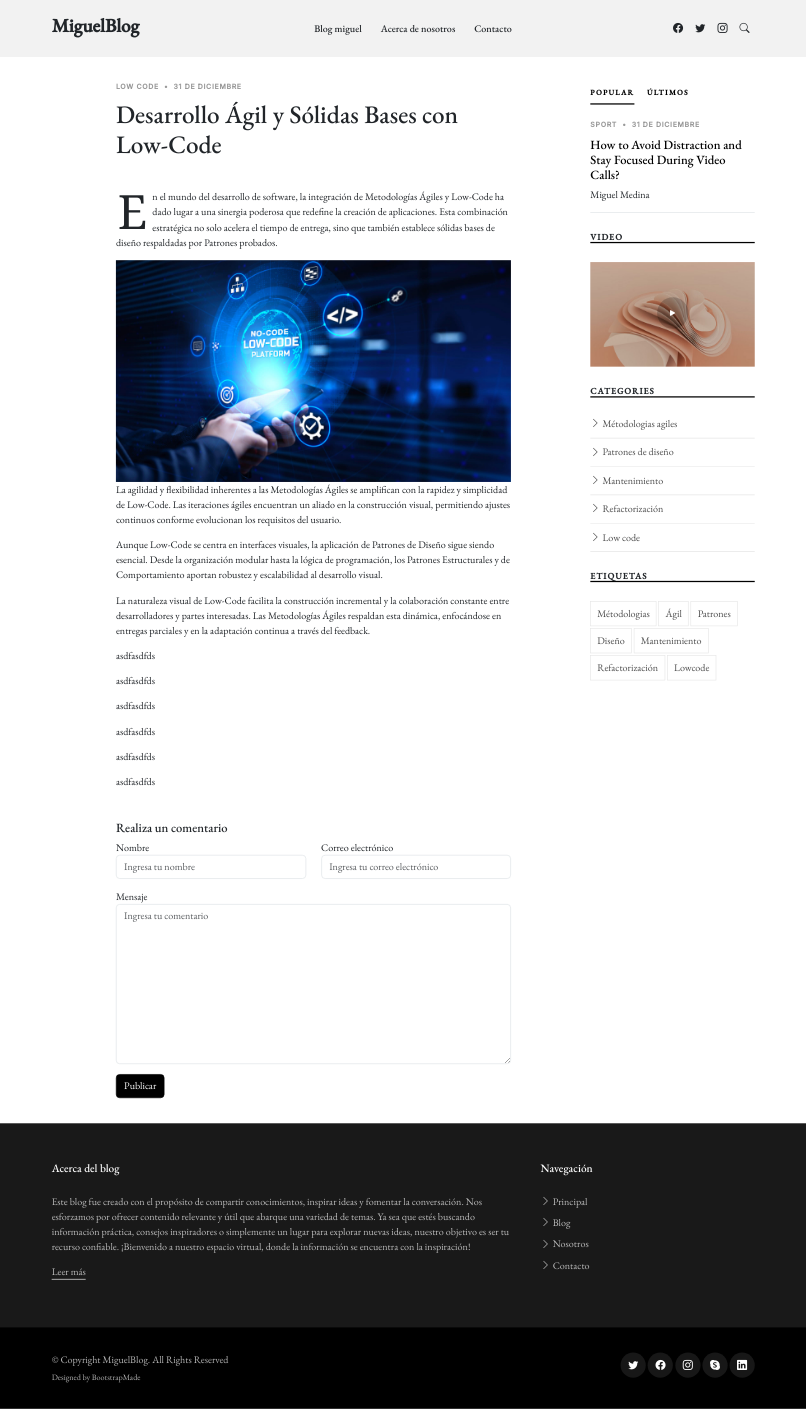
Repository: MiguelDev5/blog-miguel
Page: post-lc.html
These files come from the project's save history. The page is drawn as it stood at one moment and after the next save; the edit follows.
The browser window is 1280 px wide. The pictures show the whole page, at 63% of full size.
Some web fonts or font styles are not loaded; a fallback is used.

Above is the page before, as saved 2024-01-01 21:06:44.

### post-lc.html
<!DOCTYPE html>
<html lang="en">

<head>
  <meta charset="utf-8">
  <meta content="width=device-width, initial-scale=1.0" name="viewport">

  <title>MiguelBlog Bootstrap Template - Single Post</title>
  <meta content="" name="description">
  <meta content="" name="keywords">

  <!-- Favicons -->
  <link href="assets/img/favicon.png" rel="icon">
  <link href="assets/img/apple-touch-icon.png" rel="apple-touch-icon">

  <!-- Google Fonts -->
  <link rel="preconnect" href="https://fonts.googleapis.com">
  <link rel="preconnect" href="https://fonts.gstatic.com" crossorigin>
  <link href="https://fonts.googleapis.com/css2?family=EB+Garamond:wght@400;500&family=Inter:wght@400;500&family=Playfair+Display:ital,wght@0,400;0,700;1,400;1,700&display=swap" rel="stylesheet">

  <!-- Vendor CSS Files -->
  <link href="assets/vendor/bootstrap/css/bootstrap.min.css" rel="stylesheet">
  <link href="assets/vendor/bootstrap-icons/bootstrap-icons.css" rel="stylesheet">
  <link href="assets/vendor/swiper/swiper-bundle.min.css" rel="stylesheet">
  <link href="assets/vendor/glightbox/css/glightbox.min.css" rel="stylesheet">
  <link href="assets/vendor/aos/aos.css" rel="stylesheet">

  <!-- Template Main CSS Files -->
  <link href="assets/css/variables.css" rel="stylesheet">
  <link href="assets/css/main.css" rel="stylesheet">

  <!-- =======================================================
  * Template Name: MiguelBlog
  * Updated: Sep 18 2023 with Bootstrap v5.3.2
  * Template URL: https://bootstrapmade.com/miguelBlog-bootstrap-blog-template/
  * Author: BootstrapMade.com
  * License: https:///bootstrapmade.com/license/
  ======================================================== -->
</head>

<body>

  <!-- ======= Header ======= -->
  <header id="header" class="header d-flex align-items-center fixed-top">
    <div class="container-fluid container-xl d-flex align-items-center justify-content-between">

      <a href="index.html" class="logo d-flex align-items-center">
        <!-- Uncomment the line below if you also wish to use an image logo -->
        <!-- <img src="assets/img/logo.png" alt=""> -->
        <h1>MiguelBlog</h1>
      </a>

      <nav id="navbar" class="navbar">
        <ul>
          <li><a href="index.html">Blog miguel</a></li>
          <li><a href="about.html">Acerca de nosotros</a></li>
          <li><a href="contact.html">Contacto</a></li>
        </ul>
      </nav><!-- .navbar -->

      <div class="position-relative">
        <a href="#" class="mx-2"><span class="bi-facebook"></span></a>
        <a href="#" class="mx-2"><span class="bi-twitter"></span></a>
        <a href="#" class="mx-2"><span class="bi-instagram"></span></a>

        <a href="#" class="mx-2 js-search-open"><span class="bi-search"></span></a>
        <i class="bi bi-list mobile-nav-toggle"></i>

        <!-- ======= Search Form ======= -->
        <div class="search-form-wrap js-search-form-wrap">
          <form action="search-result.html" class="search-form">
            <span class="icon bi-search"></span>
            <input type="text" placeholder="Search" class="form-control">
            <button class="btn js-search-close"><span class="bi-x"></span></button>
          </form>
        </div><!-- End Search Form -->

      </div>

    </div>

  </header><!-- End Header -->

  <main id="main">

    <section class="single-post-content">
      <div class="container">
        <div class="row">
          <div class="col-md-9 post-content" data-aos="fade-up">

            <!-- ======= Single Post Content ======= -->
            <div class="single-post">
              <div class="post-meta"><span class="date">Low Code</span> <span class="mx-1">&bullet;</span> <span>31 de Diciembre</span></div>
              <h1 class="mb-5">Desarrollo Ágil y Sólidas Bases con Low-Code</h1>
              <p><span class="firstcharacter">E</span>n el mundo del desarrollo de software, la integración de Metodologías Ágiles y Low-Code ha dado lugar a una sinergia poderosa que redefine la creación de aplicaciones. Esta combinación estratégica no solo acelera el tiempo de entrega, sino que también establece sólidas bases de diseño respaldadas por Patrones probados.</p>
              <div class="col-md-9"></div>
                  <img src="assets/img/lc001.jpg" alt="" class="img-fluid" style="width: 200;">
              </div>

              <p>La agilidad y flexibilidad inherentes a las Metodologías Ágiles se amplifican con la rapidez y simplicidad de Low-Code. Las iteraciones ágiles encuentran un aliado en la construcción visual, permitiendo ajustes continuos conforme evolucionan los requisitos del usuario.</p>
              <p>Aunque Low-Code se centra en interfaces visuales, la aplicación de Patrones de Diseño sigue siendo esencial. Desde la organización modular hasta la lógica de programación, los Patrones Estructurales y de Comportamiento aportan robustez y escalabilidad al desarrollo visual.</p>
              <p>La naturaleza visual de Low-Code facilita la construcción incremental y la colaboración constante entre desarrolladores y partes interesadas. Las Metodologías Ágiles respaldan esta dinámica, enfocándose en entregas parciales y en la adaptación continua a través del feedback.</p>
              <p>asdfasdfds</p>
              <p>asdfasdfds</p>
              <p>asdfasdfds</p>
              <p>asdfasdfds</p>
              <p>asdfasdfds</p>
              <p>asdfasdfds</p>

            <!-- ======= Comments Form ======= -->
            <div class="row justify-content-center mt-5">

              <div class="col-lg-12">
                <h5 class="comment-title">Realiza un comentario</h5>
                <div class="row">
                  <div class="col-lg-6 mb-3">
                    <label for="comment-name">Nombre</label>
                    <input type="text" class="form-control" id="comment-name" placeholder="Ingresa tu nombre">
                  </div>
                  <div class="col-lg-6 mb-3">
                    <label for="comment-email">Correo electrónico</label>
                    <input type="text" class="form-control" id="comment-email" placeholder="Ingresa tu correo electrónico">
                  </div>
                  <div class="col-12 mb-3">
                    <label for="comment-message">Mensaje</label>

                    <textarea class="form-control" id="comment-message" placeholder="Ingresa tu comentario" cols="30" rows="10"></textarea>
                  </div>
                  <div class="col-12">
                    <input type="submit" class="btn btn-primary" value="Publicar">
                  </div>
                </div>
              </div>
            </div><!-- End Comments Form -->

          </div>
          <div class="col-md-3">
            <!-- ======= Sidebar ======= -->
            <div class="aside-block">

              <ul class="nav nav-pills custom-tab-nav mb-4" id="pills-tab" role="tablist">
                <li class="nav-item" role="presentation">
                  <button class="nav-link active" id="pills-popular-tab" data-bs-toggle="pill" data-bs-target="#pills-popular" type="button" role="tab" aria-controls="pills-popular" aria-selected="true">Popular</button>
                </li>
                <li class="nav-item" role="presentation">
                  <button class="nav-link" id="pills-latest-tab" data-bs-toggle="pill" data-bs-target="#pills-latest" type="button" role="tab" aria-controls="pills-latest" aria-selected="false">Últimos</button>
                </li>
              </ul>

              <div class="tab-content" id="pills-tabContent">

                <!-- Popular -->
                <div class="tab-pane fade show active" id="pills-popular" role="tabpanel" aria-labelledby="pills-popular-tab">
                  <div class="post-entry-1 border-bottom">
                    <div class="post-meta"><span class="date">Sport</span> <span class="mx-1">&bullet;</span> <span>31 de Diciembre</span></div>
                    <h2 class="mb-2"><a href="#">How to Avoid Distraction and Stay Focused During Video Calls?</a></h2>
                    <span class="author mb-3 d-block">Miguel Medina</span>
                  </div>


                </div> <!-- End Popular -->



                <!-- Latest -->
                <div class="tab-pane fade" id="pills-latest" role="tabpanel" aria-labelledby="pills-latest-tab">
                  <div class="post-entry-1 border-bottom">
                    <div class="post-meta"><span class="date">Lifestyle</span> <span class="mx-1">&bullet;</span> <span>31 de Diciembre</span></div>
                    <h2 class="mb-2"><a href="#">Life Insurance And Pregnancy: A Working Mom’s Guide</a></h2>
                    <span class="author mb-3 d-block">Miguel Medina</span>
                  </div>



                </div> <!-- End Latest -->

              </div>
            </div>

            <div class="aside-block">
              <h3 class="aside-title">Video</h3>
              <div class="video-post">
                <a href="https://www.youtube.com/watch?v=AiFfDjmd0jU" class="glightbox link-video">
                  <span class="bi-play-fill"></span>
                  <img src="assets/img/post-landscape-5.jpg" alt="" class="img-fluid">
                </a>
              </div>
            </div><!-- End Video -->

            <div class="aside-block">
              <h3 class="aside-title">Categories</h3>
              <ul class="aside-links list-unstyled">
                <li><a href="category.html"><i class="bi bi-chevron-right"></i> Métodologias agiles</a></li>
                <li><a href="category.html"><i class="bi bi-chevron-right"></i> Patrones de diseño</a></li>
                <li><a href="category.html"><i class="bi bi-chevron-right"></i> Mantenimiento</a></li>
                <li><a href="category.html"><i class="bi bi-chevron-right"></i> Refactorización</a></li>
                <li><a href="category.html"><i class="bi bi-chevron-right"></i> Low code</a></li>
              </ul>
            </div><!-- End Categories -->

            <div class="aside-block">
              <h3 class="aside-title">Etiquetas</h3>
              <ul class="aside-tags list-unstyled">
                <li><a href="category.html">Métodologias</a></li>
                <li><a href="category.html">Ágil</a></li>
                <li><a href="category.html">Patrones</a></li>
                <li><a href="category.html">Diseño</a></li>
                <li><a href="category.html">Mantenimiento</a></li>
                <li><a href="category.html">Refactorización</a></li>
                <li><a href="category.html">Lowcode</a></li>
              </ul>
            </div><!-- End Tags -->

          </div>
        </div>
      </div>
    </section>
  </main><!-- End #main -->

  <!-- ======= Footer ======= -->
  <footer id="footer" class="footer">
    <div class="footer-content">
      <div class="container">
        <div class="row g-5">
          <div class="col-lg-8">
            <h3 class="footer-heading">Acerca del blog</h3>
            <p>Este blog fue creado con el propósito de compartir conocimientos, inspirar ideas y fomentar la conversación. Nos esforzamos por ofrecer contenido relevante y útil que abarque una variedad de temas. Ya sea que estés buscando información práctica, consejos inspiradores o simplemente un lugar para explorar nuevas ideas, nuestro objetivo es ser tu recurso confiable. ¡Bienvenido a nuestro espacio virtual, donde la información se encuentra con la inspiración!</p>
            <p><a href="about.html" class="footer-link-more">Leer más</a></p>
          </div>
          <div class="col-6 col-lg-2">
            <h3 class="footer-heading">Navegación</h3>
            <ul class="footer-links list-unstyled">
              <li><a href="index.html"><i class="bi bi-chevron-right"></i> Principal</a></li>
              <li><a href="index.html"><i class="bi bi-chevron-right"></i> Blog</a></li>
              <li><a href="about.html"><i class="bi bi-chevron-right"></i> Nosotros</a></li>
              <li><a href="contact.html"><i class="bi bi-chevron-right"></i> Contacto</a></li>
            </ul>
          </div>
        </div>
      </div>
    </div>

    <div class="footer-legal">
      <div class="container">

        <div class="row justify-content-between">
          <div class="col-md-6 text-center text-md-start mb-3 mb-md-0">
            <div class="copyright">
              © Copyright <strong><span>MiguelBlog</span></strong>. All Rights Reserved
            </div>

            <div class="credits">
              Designed by BootstrapMade
            </div>

          </div>

          <div class="col-md-6">
            <div class="social-links mb-3 mb-lg-0 text-center text-md-end">
              <a href="#" class="twitter"><i class="bi bi-twitter"></i></a>
              <a href="#" class="facebook"><i class="bi bi-facebook"></i></a>
              <a href="#" class="instagram"><i class="bi bi-instagram"></i></a>
              <a href="#" class="google-plus"><i class="bi bi-skype"></i></a>
              <a href="#" class="linkedin"><i class="bi bi-linkedin"></i></a>
            </div>

          </div>

        </div>

      </div>
    </div>
  </footer>

  <a href="#" class="scroll-top d-flex align-items-center justify-content-center"><i class="bi bi-arrow-up-short"></i></a>

  <!-- Vendor JS Files -->
  <script src="assets/vendor/bootstrap/js/bootstrap.bundle.min.js"></script>
  <script src="assets/vendor/swiper/swiper-bundle.min.js"></script>
  <script src="assets/vendor/glightbox/js/glightbox.min.js"></script>
  <script src="assets/vendor/aos/aos.js"></script>
  <script src="assets/vendor/php-email-form/validate.js"></script>

  <!-- Template Main JS File -->
  <script src="assets/js/main.js"></script>

</body>

</html>

### assets/css/variables.css
/**
* Template Name: ZenBlog
* File: variables.css
* Description: Easily customize colors, typography, and other repetitive properties used in the template main stylesheet file main.css
*
* Template URL: https://bootstrapmade.com/zenblog-bootstrap-blog-template/
* Author: BootstrapMade.com
* License: https://bootstrapmade.com/license/
*
* Contents:
* 1. ZenBlog template variables
* 2. Override default Bootstrap variables
* 3. Set color and background class names
*
* Learn more about CSS variables at https://developer.mozilla.org/en-US/docs/Web/CSS/Using_CSS_custom_properties
*/

/*--------------------------------------------------------------
# 1. ZenBlog template variables
--------------------------------------------------------------*/
:root {

  /* Fonts */
  --font-default: 'EB Garamond', system-ui, -apple-system, "Segoe UI", Roboto, "Helvetica Neue", Arial, "Noto Sans", "Liberation Sans", sans-serif, "Apple Color Emoji", "Segoe UI Emoji", "Segoe UI Symbol", "Noto Color Emoji";
  --font-primary: 'EB Garamond', serif; /*'Playfair Display', serif;*/
  --font-secondary: 'Inter', sans-serif;

  /* Colors */
  /* The *-rgb color names are simply the RGB converted value of the corresponding color for use in the rgba() function */

  /* Default text color */
  --color-default: #212529;
  --color-default-rgb: 33, 37, 41;

  /* Defult links color */
  --color-links: #212529;
  --color-links-hover: #15171a;

  /* Primay colors */
  --color-primary: #212529;
  --color-primary-light: #26282c;
  --color-primary-dark: #0b0c0e;

  --color-primary-rgb: 33, 37, 41;
  --color-primary-light-rgb: 38, 40, 44;
  --color-primary-dark-rgb: 11, 12, 14;

  /* Secondary colors */
  --color-secondary: #596d80;
  --color-secondary-light: #8498aa;
  --color-secondary-dark: #404f5c;

  --color-secondary-rgb: 89, 109, 128;
  --color-secondary-light-rgb: 132, 152, 170;
  --color-secondary-dark-rgb: 64, 79, 92;

  /* General colors */
  --color-blue: #0d6efd;
  --color-blue-rgb: 13, 110, 253;

  --color-indigo: #6610f2;
  --color-indigo-rgb: 102, 16, 242;

  --color-purple: #6f42c1;
  --color-purple-rgb: 111, 66, 193;

  --color-pink: #f3268c;
  --color-pink-rgb: 243, 38, 140;

  --color-red: #df1529;
  --color-red-rgb: 223, 21, 4;

  --color-orange: #fd7e14;
  --color-orange-rgb: 253, 126, 20;

  --color-yellow: #ffc107;
  --color-yellow-rgb: 255, 193, 7;

  --color-green: #059652;
  --color-green-rgb: 5, 150, 82;

  --color-teal: #20c997;
  --color-teal-rgb: 32, 201, 151;

  --color-cyan: #0dcaf0;
  --color-cyan-rgb: 13, 202, 240;

  --color-white: #ffffff;
  --color-white-rgb: 255, 255, 255;

  --color-gray: #6c757d;
  --color-gray-rgb: 108, 117, 125;

  --color-black: #000000;
  --color-black-rgb: 0, 0, 0;
}

/*--------------------------------------------------------------
# 2. Override default Bootstrap variables
--------------------------------------------------------------*/
:root {
  --bs-blue: var(--color-blue);
  --bs-indigo: var(--color-indigo);
  --bs-purple: var(--color-purple);
  --bs-pink: var(--color-pink);
  --bs-red: var(--color-red);
  --bs-orange: var(--color-orange);
  --bs-yellow: var(--color-yellow);
  --bs-green: var(--color-green);
  --bs-teal: var(--color-teal);
  --bs-cyan: var(--color-cyan);
  --bs-white: var(--color-white);
  --bs-gray: var(--color-gray);
  --bs-gray-dark: #343a40;
  --bs-gray-100: #f8f9fa;
  --bs-gray-200: #e9ecef;
  --bs-gray-300: #dee2e6;
  --bs-gray-400: #ced4da;
  --bs-gray-500: #adb5bd;
  --bs-gray-600: #6c757d;
  --bs-gray-700: #495057;
  --bs-gray-800: #343a40;
  --bs-gray-900: #212529;
  --bs-primary: var(--color-blue);
  --bs-secondary: var(--color-blue);
  --bs-success: #198754;
  --bs-info: #0dcaf0;
  --bs-warning: #ffc107;
  --bs-danger: #dc3545;
  --bs-light: #f8f9fa;
  --bs-dark: #212529;
  --bs-primary-rgb: var(--color-primary-rgb);
  --bs-secondary-rgb: var(--color-secondary-rgb);
  --bs-success-rgb: 25, 135, 84;
  --bs-info-rgb: 13, 202, 240;
  --bs-warning-rgb: 255, 193, 7;
  --bs-danger-rgb: 220, 53, 69;
  --bs-light-rgb: 248, 249, 250;
  --bs-dark-rgb: 33, 37, 41;
  --bs-white-rgb: var(--color-white-rgb);
  --bs-black-rgb: var(--color-black-rgb);
  --bs-body-color-rgb: var(--color-default-rgb);
  --bs-body-bg-rgb: 255, 255, 255;
  --bs-font-sans-serif: var(--font-default);
  --bs-font-monospace: SFMono-Regular, Menlo, Monaco, Consolas, "Liberation Mono", "Courier New", monospace;
  --bs-gradient: linear-gradient(180deg, rgba(255, 255, 255, 0.15), rgba(255, 255, 255, 0));
  --bs-body-font-family: var(--font-default);
  --bs-body-font-size: 1rem;
  --bs-body-font-weight: 400;
  --bs-body-line-height: 1.5;
  --bs-body-color: var(--color-default);
  --bs-body-bg: #fff;
}

/*--------------------------------------------------------------
# 3. Set color and background class names
--------------------------------------------------------------*/
/* Fonts */
.font-default { font-family: var(--font-default) !important; }
.font-primary { font-family: var(--font-primary) !important;}
.font-secondary { font-family: var(--font-secondary) !important; }

/* Text Colors */
.color-default { color: var(--color-default) !important; }
.color-links { color: var(--color-links) !important; }
.color-links:hover { color: var(--color-links-hover) !important; }
.color-primary { color: var(--color-primary) !important; }
.color-primary-light { color: var(--color-primary-light) !important; }
.color-primary-dark { color: var(--color-primary-dark) !important; }
.color-secondary { color: var(--color-secondary) !important; }
.color-secondary-light { color: var(--color-secondary-light) !important; }
.color-secondary-dark { color: var(--color-secondary-dark) !important; }
.color-blue { color: var(--color-blue) !important; }
.color-indigo { color: var(--color-indigo) !important; }
.color-purple { color: var(--color-purple) !important; }
.color-pink { color: var(--color-pink) !important; }
.color-red { color: var(--color-red) !important; }
.color-orange { color: var(--color-orange) !important; }
.color-yellow { color: var(--color-yellow) !important; }
.color-green { color: var(--color-green) !important; }
.color-teal { color: var(--color-teal) !important; }
.color-cyan { color: var(--color-cyan) !important; }
.color-white { color: var(--color-white) !important; }
.color-gray { color: var(--color-gray) !important; }
.color-black { color: var(--color-black) !important; }

/* Background Colors */
.bg-default { background-color: var(--color-default) !important; }
.bg-primary { background-color: var(--color-primary) !important; }
.bg-primary-light { background-color: var(--color-primary-light) !important; }
.bg-primary-dark { background-color: var(--color-primary-dark) !important; }
.bg-secondary { background-color: var(--color-secondary) !important; }
.bg-secondary-light { background-color: var(--color-secondary-light) !important; }
.bg-secondary-dark { background-color: var(--color-secondary-dark) !important; }
.bg-blue { background-color: var(--color-blue) !important; }
.bg-indigo { background-color: var(--color-indigo) !important; }
.bg-purple { background-color: var(--color-purple) !important; }
.bg-pink { background-color: var(--color-pink) !important; }
.bg-red { background-color: var(--color-red) !important; }
.bg-orange { background-color: var(--color-orange) !important; }
.bg-yellow { background-color: var(--color-yellow) !important; }
.bg-green { background-color: var(--color-green) !important; }
.bg-teal { background-color: var(--color-teal) !important; }
.bg-cyan { background-color: var(--color-cyan) !important; }
.bg-white { background-color: var(--color-white) !important; }
.bg-gray { background-color: var(--color-gray) !important; }
.bg-black { background-color: var(--color-black) !important; }

Loaded but not shown: assets/vendor/bootstrap/css/bootstrap.min.css (library); assets/vendor/bootstrap-icons/bootstrap-icons.css (library); assets/vendor/swiper/swiper-bundle.min.css (library); assets/vendor/glightbox/css/glightbox.min.css (library); assets/vendor/aos/aos.css (library); assets/vendor/bootstrap/js/bootstrap.bundle.min.js (library); assets/vendor/swiper/swiper-bundle.min.js (library); assets/vendor/glightbox/js/glightbox.min.js (library); assets/vendor/aos/aos.js (library); assets/vendor/php-email-form/validate.js (common file); assets/js/main.js (154 lines, source omitted); assets/css/main.css (1300 lines, source omitted)

After the next save:
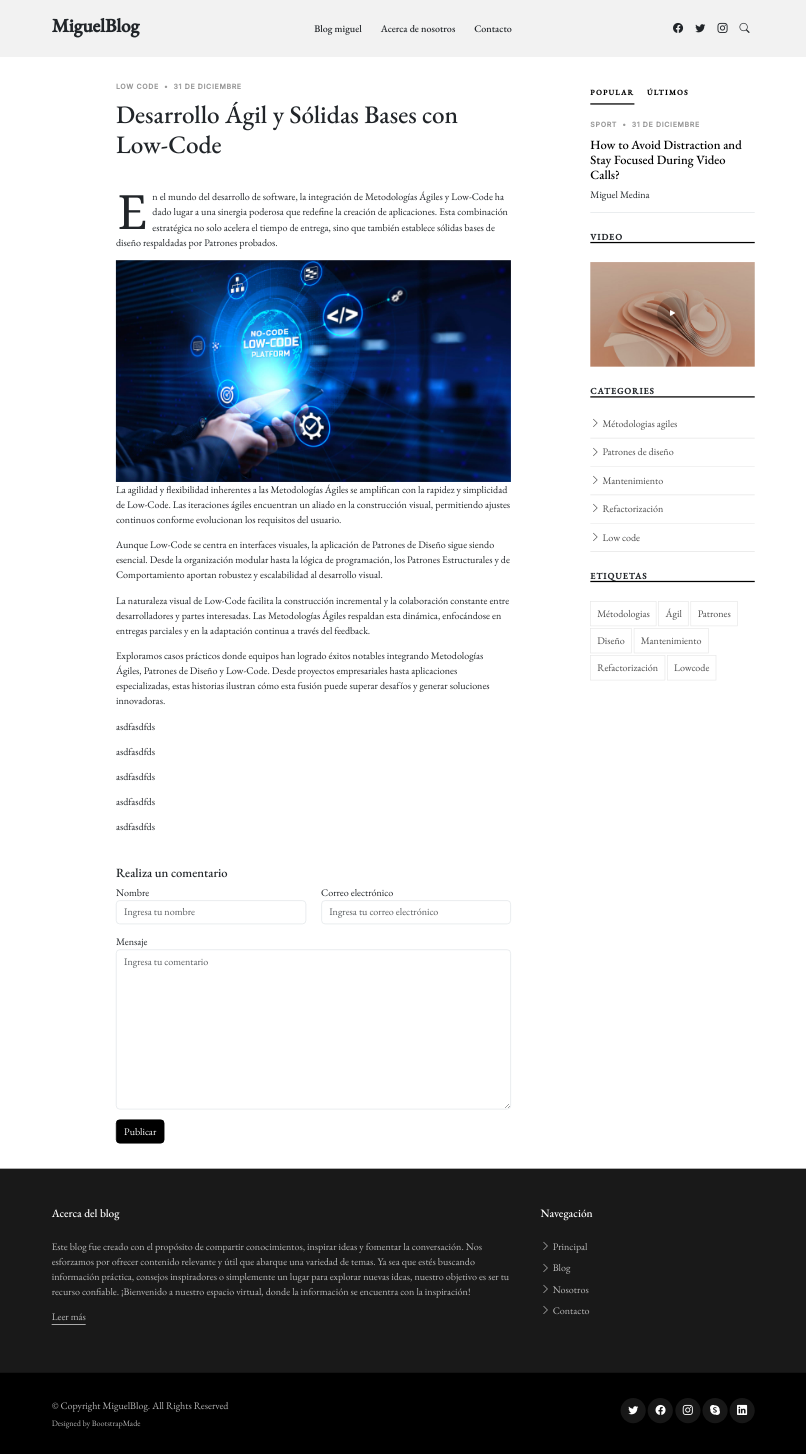
Saved 6 s later.
--- a/post-lc.html
+++ b/post-lc.html
@@ -100,7 +100,7 @@
               <p>La agilidad y flexibilidad inherentes a las Metodologías Ágiles se amplifican con la rapidez y simplicidad de Low-Code. Las iteraciones ágiles encuentran un aliado en la construcción visual, permitiendo ajustes continuos conforme evolucionan los requisitos del usuario.</p>
               <p>Aunque Low-Code se centra en interfaces visuales, la aplicación de Patrones de Diseño sigue siendo esencial. Desde la organización modular hasta la lógica de programación, los Patrones Estructurales y de Comportamiento aportan robustez y escalabilidad al desarrollo visual.</p>
               <p>La naturaleza visual de Low-Code facilita la construcción incremental y la colaboración constante entre desarrolladores y partes interesadas. Las Metodologías Ágiles respaldan esta dinámica, enfocándose en entregas parciales y en la adaptación continua a través del feedback.</p>
-              <p>asdfasdfds</p>
+              <p>Exploramos casos prácticos donde equipos han logrado éxitos notables integrando Metodologías Ágiles, Patrones de Diseño y Low-Code. Desde proyectos empresariales hasta aplicaciones especializadas, estas historias ilustran cómo esta fusión puede superar desafíos y generar soluciones innovadoras.</p>
               <p>asdfasdfds</p>
               <p>asdfasdfds</p>
               <p>asdfasdfds</p>
